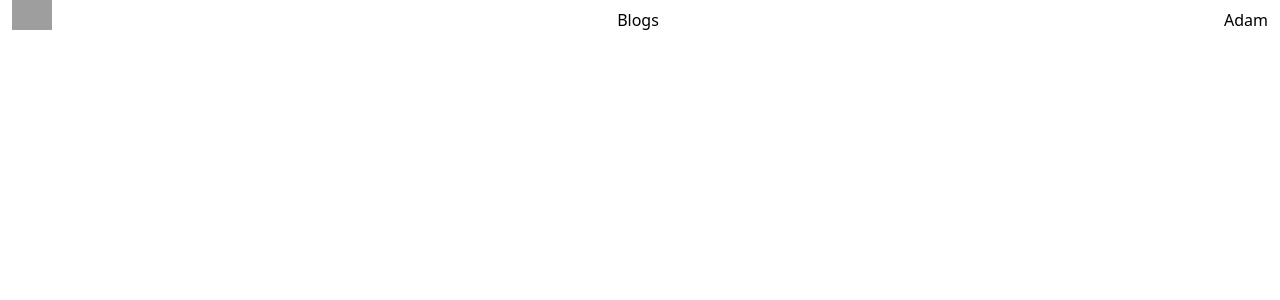
Repository: Lan-au-75/zv-app
Page: /
An editor plug-in stored every save of this project. The page is shown before and after the next save, followed by the edit.
The browser window is 1280 px wide. The pictures show the whole page.
Pictures or frames that could not be fetched are drawn as grey boxes. The project was rebuilt for these pictures with package versions that can differ from the ones it lists, and the page was loaded fresh each time. Also part of the build but not shown: vite.config.js.

Above is the page before, as saved 2023-12-13 10:45:12.

### src/App.jsx
export default function App() {
    return (
        <header>
            <div className='flex items-center justify-between mx-3'>
                <div className='w-10 h-10 '>
                    <img
                        src='https://cdn.pixabay.com/photo/2020/07/21/02/07/facebook-5424833_960_720.png'
                        alt='facebook'
                    />
                </div>
                <div>Blogs</div>
                <div>Adam</div>
            </div>
        </header>
    )
}

Loaded but not shown: index.html (common file); src/main.jsx (common file); src/index.css (common file); tailwind.config.js (common file)

After the next save:
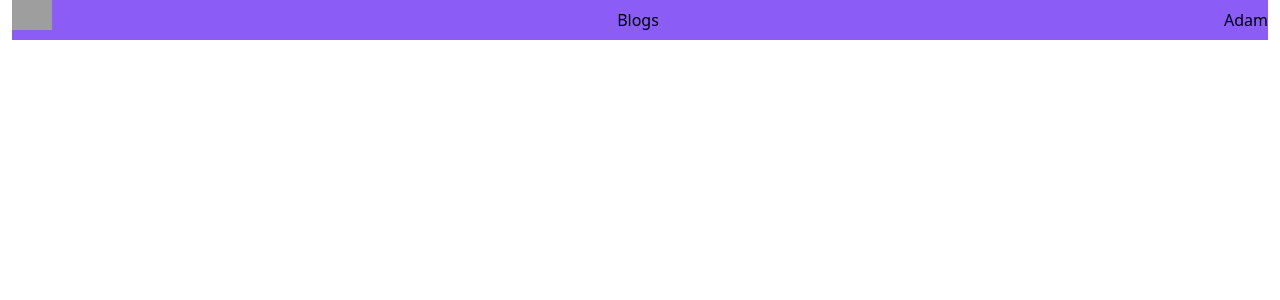
Saved 20 s later.
--- a/src/App.jsx
+++ b/src/App.jsx
@@ -1,7 +1,7 @@
 export default function App() {
     return (
         <header>
-            <div className='flex items-center justify-between mx-3'>
+            <div className='flex items-center justify-between mx-3 bg-violet-500'>
                 <div className='w-10 h-10 '>
                     <img
                         src='https://cdn.pixabay.com/photo/2020/07/21/02/07/facebook-5424833_960_720.png'
